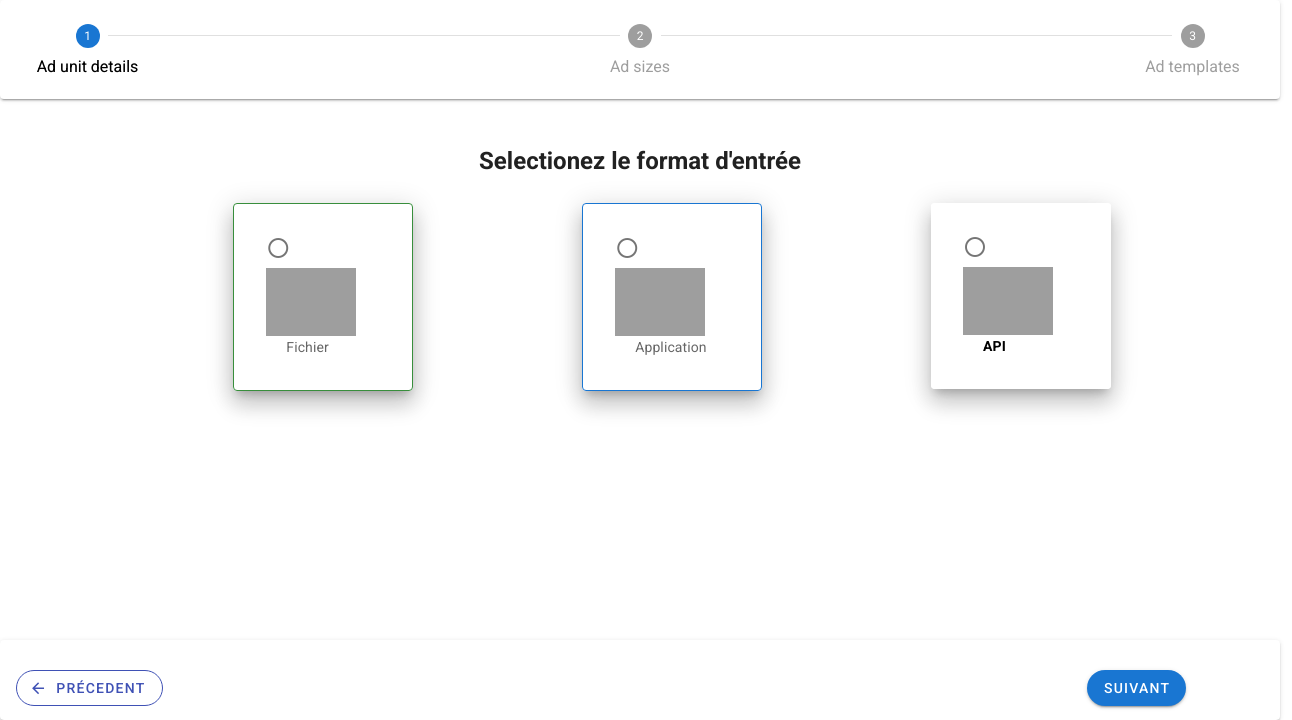
Repository: SidneyHodieb/myc
Page: /addsource/format
An editor plug-in stored every save of this project. The page is shown before and after the next save, followed by the edit.
The browser window is 1280 px wide. The page is 1292 px wide, so the pictures cover 1292 px, including what lies to the right of the window. The pictures show the whole page.
Pictures or frames that could not be fetched are drawn as grey boxes. The project was rebuilt for these pictures with package versions that can differ from the ones it lists, and the page was loaded fresh each time. Also part of the build but not shown: vue.config.js, src/views/Home.vue, src/views/addSource/components/card.vue, src/views/addSource/components/trigger.vue.

Above is the page before, as saved 2021-04-04 14:10:03.

After the next save:
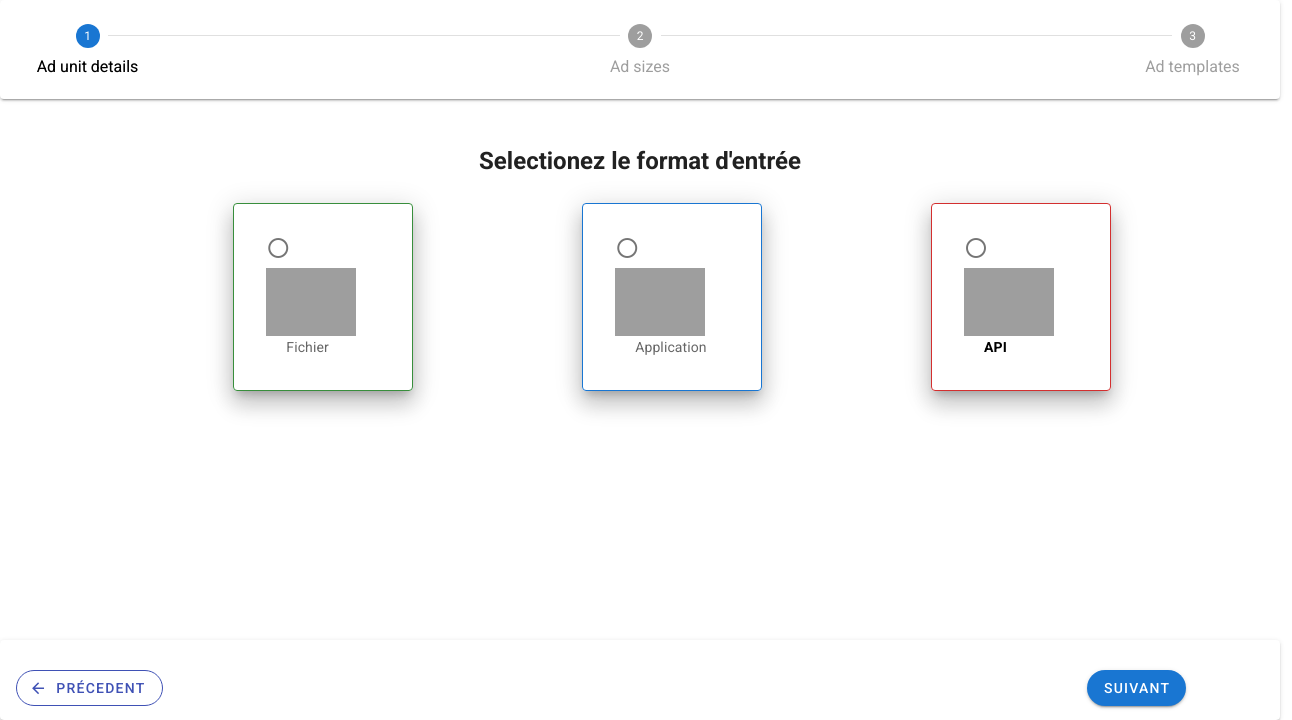
Saved 33 s later.
--- a/src/views/addSource/components/format.vue
+++ b/src/views/addSource/components/format.vue
@@ -44,7 +44,7 @@
       </v-col>
       <v-col>
         <v-card elevation="14" width="180">
-          <v-alert>
+          <v-alert outlined color="red darken-2">
            <v-card-text>
              <v-radio
                 color="red"

After the save that followed:
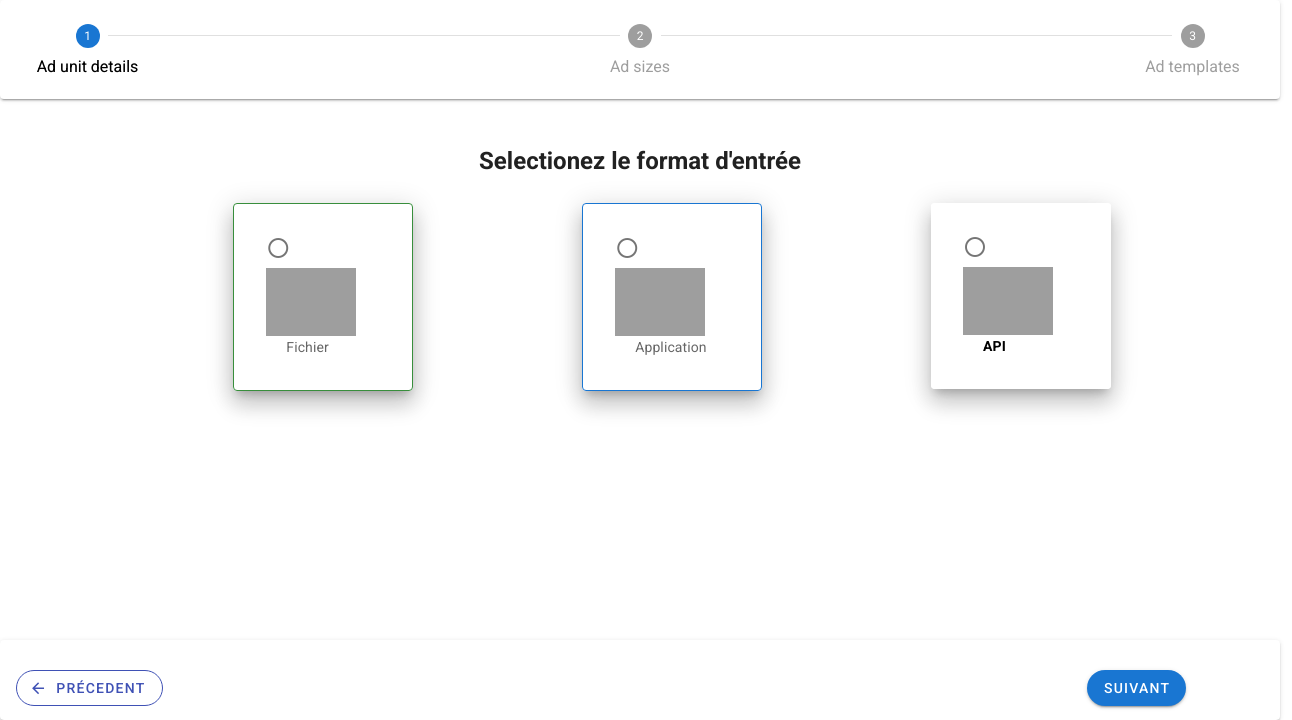
Saved 29 s later.
--- a/src/views/addSource/components/format.vue
+++ b/src/views/addSource/components/format.vue
@@ -44,7 +44,7 @@
       </v-col>
       <v-col>
         <v-card elevation="14" width="180">
-          <v-alert outlined color="red darken-2">
+          <v-alert >
            <v-card-text>
              <v-radio
                 color="red"
